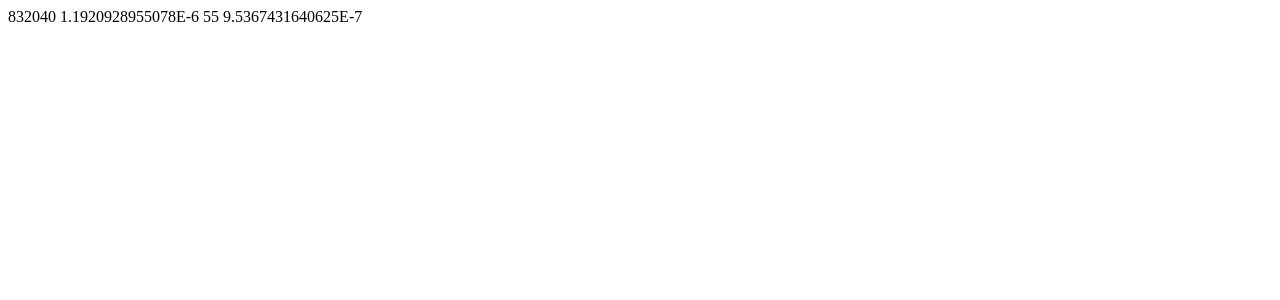
Repository: dklinger/Studium
Page: http://localhost/Fibunaci.php
The author's editor kept a copy of each file at every save. The page is drawn from the files as they stood at one save, then again after the next save.
The browser window is 1280 px wide. The pictures show the whole page.
The page is run by PHP 8.4 with error messages shown; the project is at /var/www/html/.

Above is the page before, as saved 2014-05-22 18:53:53.

After the next save:
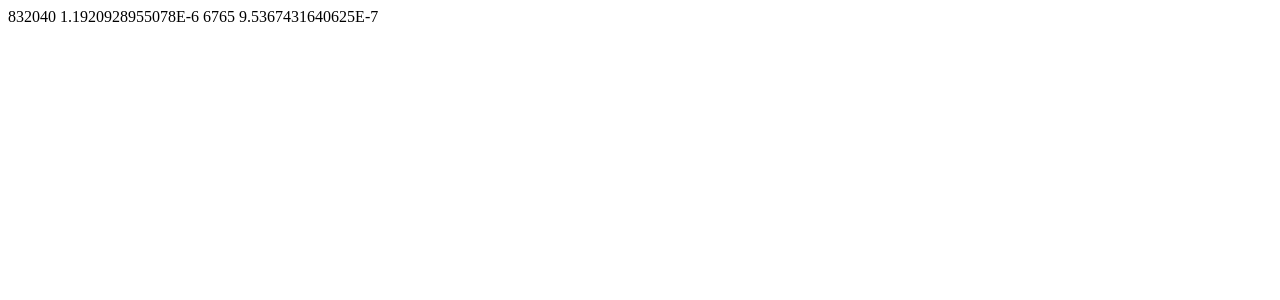
Saved 9 s later.
--- a/SS2014/Skriptsprachenorientierte Programmiertechnik/Uebungen/Fibunaci.php
+++ b/SS2014/Skriptsprachenorientierte Programmiertechnik/Uebungen/Fibunaci.php
@@ -7,7 +7,7 @@ $endtime = microtime(true);
 echo $endtime-$starttime ."\r\n";
 
 $starttime = microtime(true);
-echo fibunaci_Rekursiv(10) ." ";
+echo fibunaci_Rekursiv(20) ." ";
 $endtime = microtime(true);
 
 echo $endtime-$starttime;
